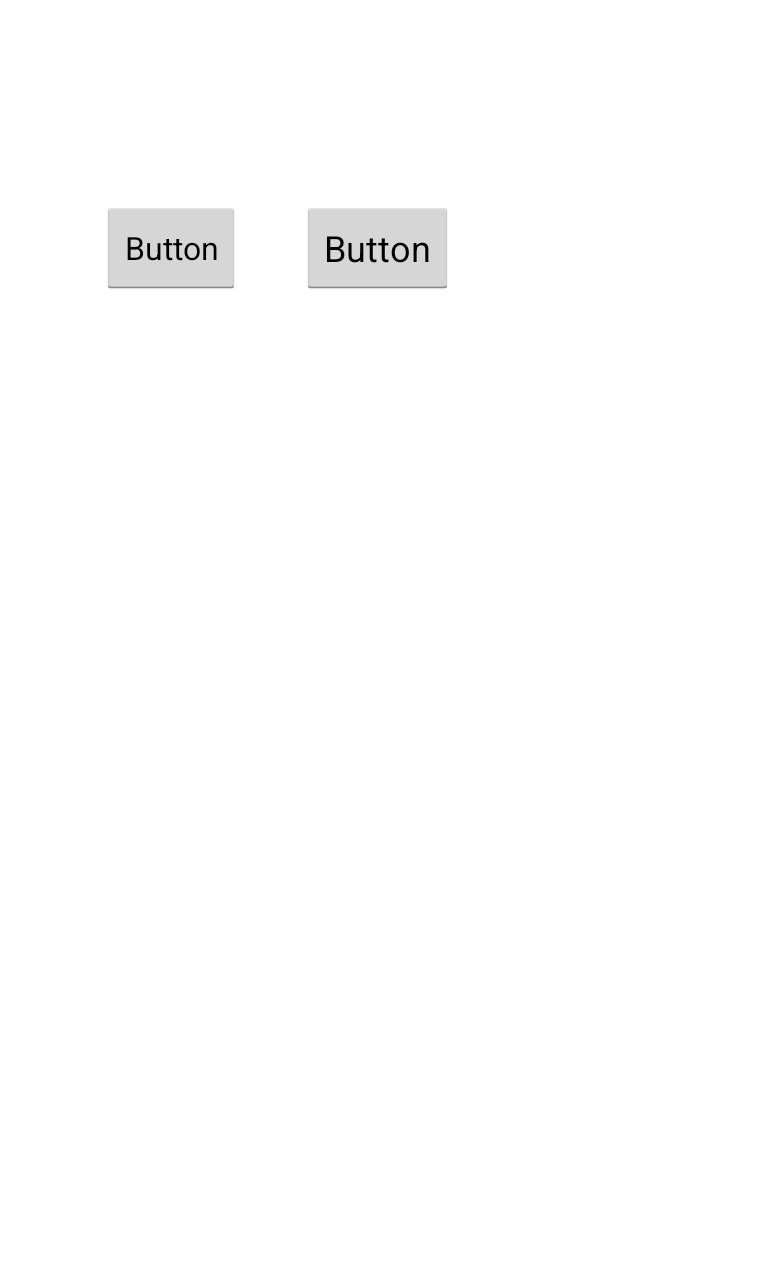
Repository: qq839924354/day01
Layout: code/Layout/res/layout/size.xml
The author's editor kept a copy of each file at every save. The layout is drawn from the files as they stood at one save, then again after the next save.
It is drawn on a 768 x 1280 px phone screen (xhdpi) without system bars, with theme AppTheme; the app's code is not run.

Above is the layout before, as saved 2013-02-28 09:00:57.

### code/Layout/res/layout/size.xml
<?xml version="1.0" encoding="utf-8"?>
<AbsoluteLayout xmlns:android="http://schemas.android.com/apk/res/android"
    android:layout_width="match_parent"
    android:layout_height="match_parent" >

    <Button
        android:textSize="16sp"
        android:id="@+id/button1"
        android:layout_width="wrap_content"
        android:layout_height="wrap_content"
        android:layout_x="50dp"
        android:layout_y="100dip"
        android:text="Button" />

    <Button
        android:id="@+id/button2"
        android:layout_width="wrap_content"
        android:layout_height="wrap_content"
        android:layout_x="150dip"
        android:layout_y="100dp"
        android:text="Button" />

</AbsoluteLayout>

Loaded but not shown: code/Layout/res/values/styles.xml (common file); code/Layout/res/values-v11/styles.xml (common file); code/Layout/res/values-v14/styles.xml (common file)

After the next save:
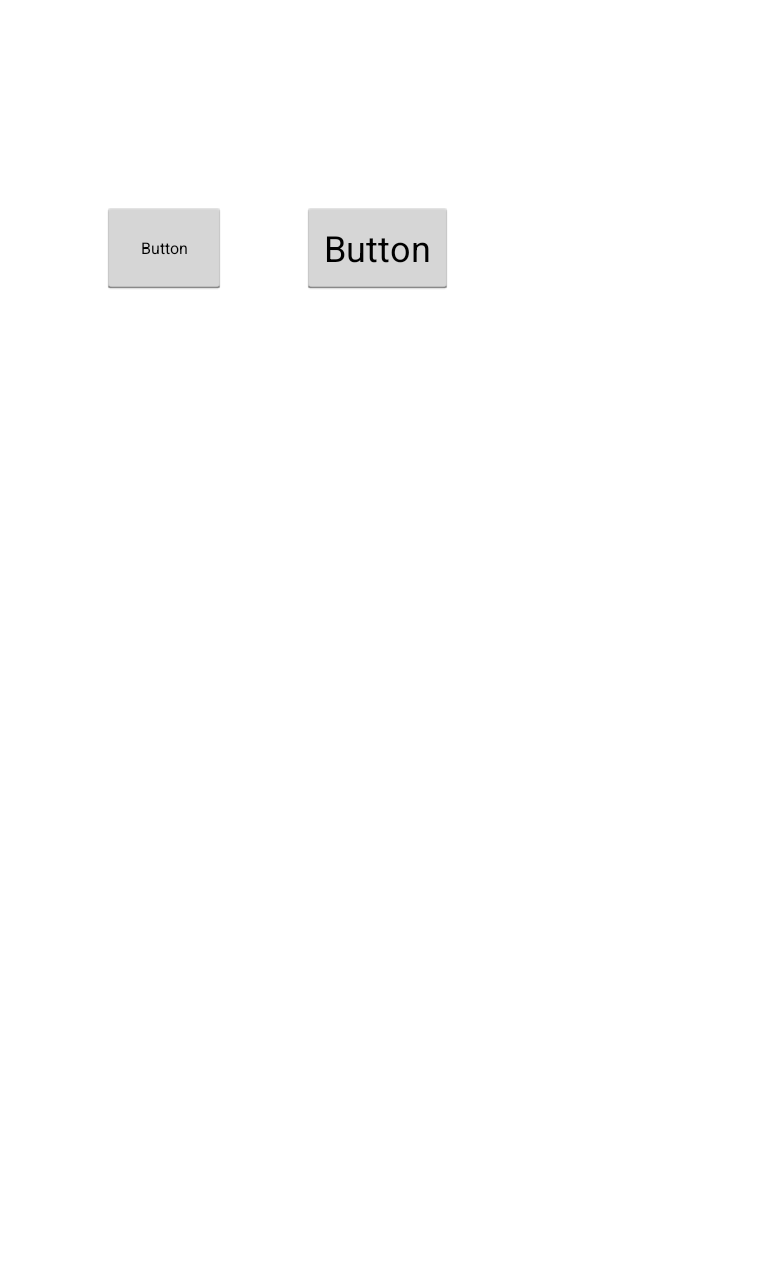
Saved 15 s later.
--- a/code/Layout/res/layout/size.xml
+++ b/code/Layout/res/layout/size.xml
@@ -4,7 +4,7 @@
     android:layout_height="match_parent" >
 
     <Button
-        android:textSize="16sp"
+        android:textSize="16px"
         android:id="@+id/button1"
         android:layout_width="wrap_content"
         android:layout_height="wrap_content"

After the save that followed:
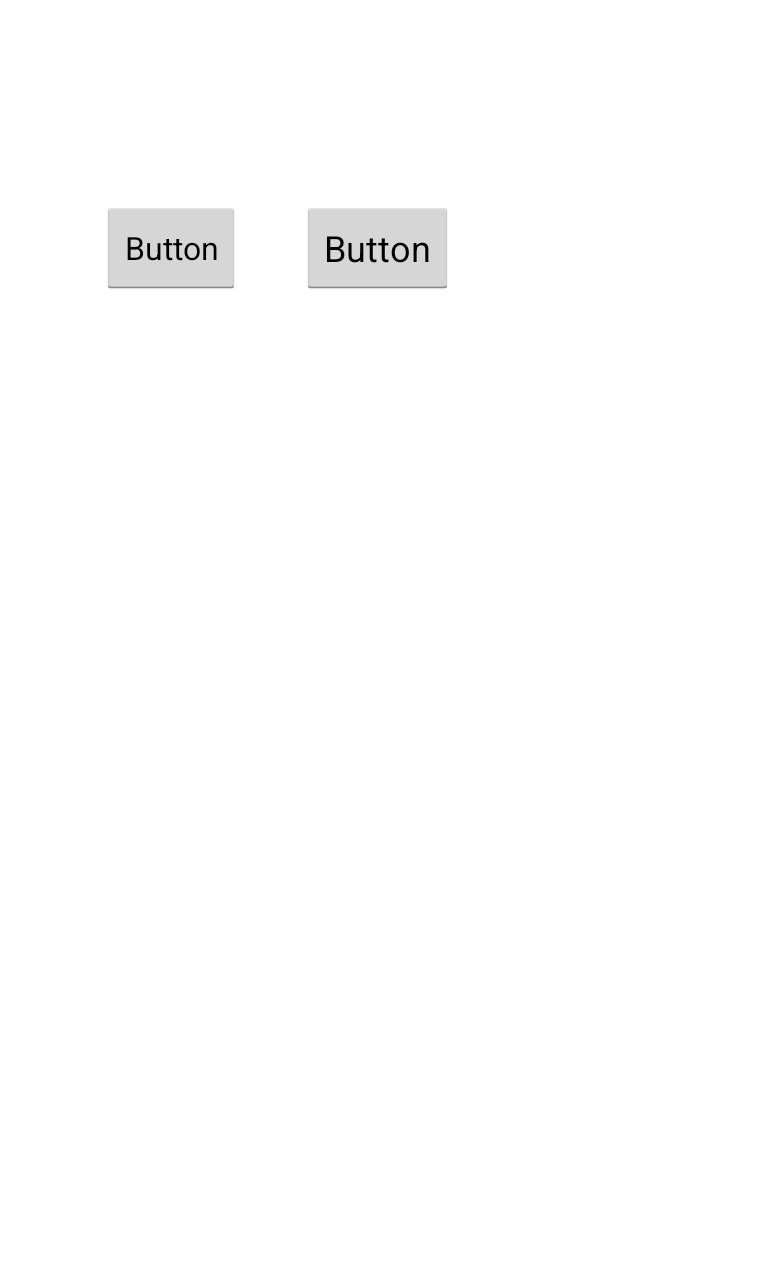
Saved 7 s later.
--- a/code/Layout/res/layout/size.xml
+++ b/code/Layout/res/layout/size.xml
@@ -4,7 +4,7 @@
     android:layout_height="match_parent" >
 
     <Button
-        android:textSize="16px"
+        android:textSize="16sp"
         android:id="@+id/button1"
         android:layout_width="wrap_content"
         android:layout_height="wrap_content"
